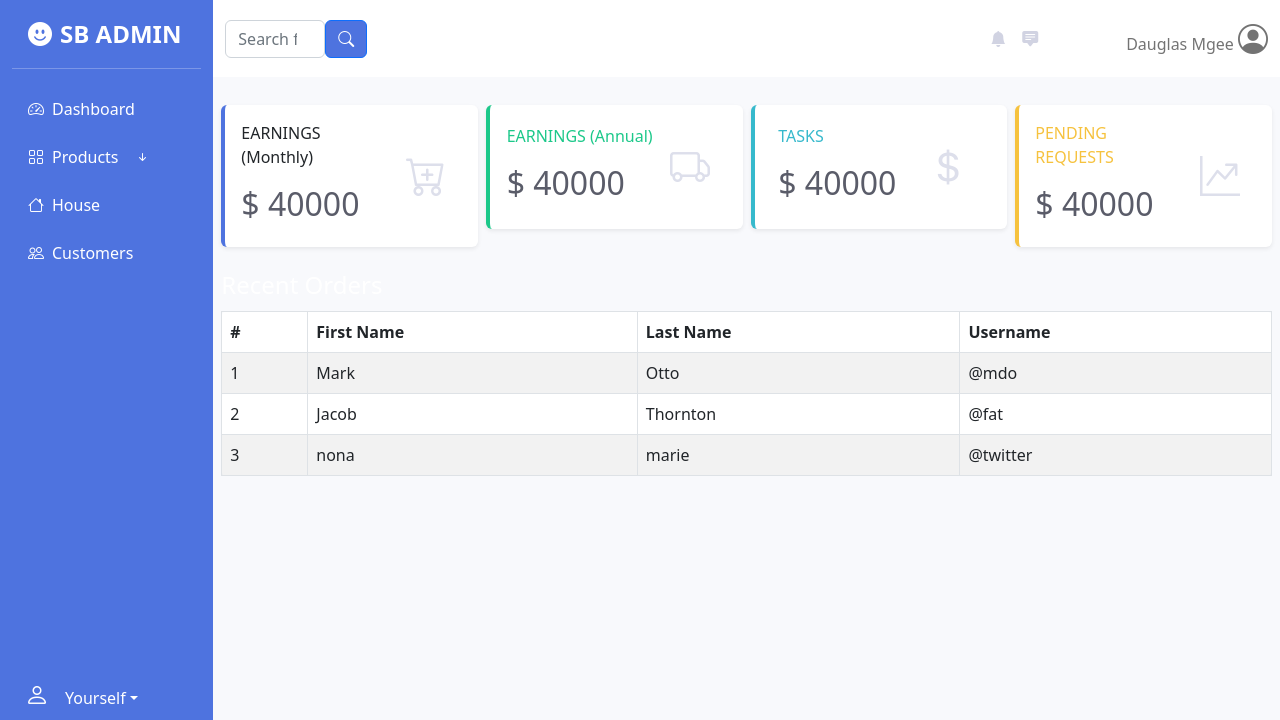
Repository: iqbalaamir/dashboard
Page: /
These files come from the project's save history. The page is drawn as it stood at one moment and after the next save; the edit follows.
The browser window is 1280 px wide. The pictures show the whole page.
The project was rebuilt for these pictures with package versions that can differ from the ones it lists, and the page was loaded fresh each time. Also part of the build but not shown: src/App.css.

Above is the page before, as saved 2023-04-24 22:45:04.

After the next save:
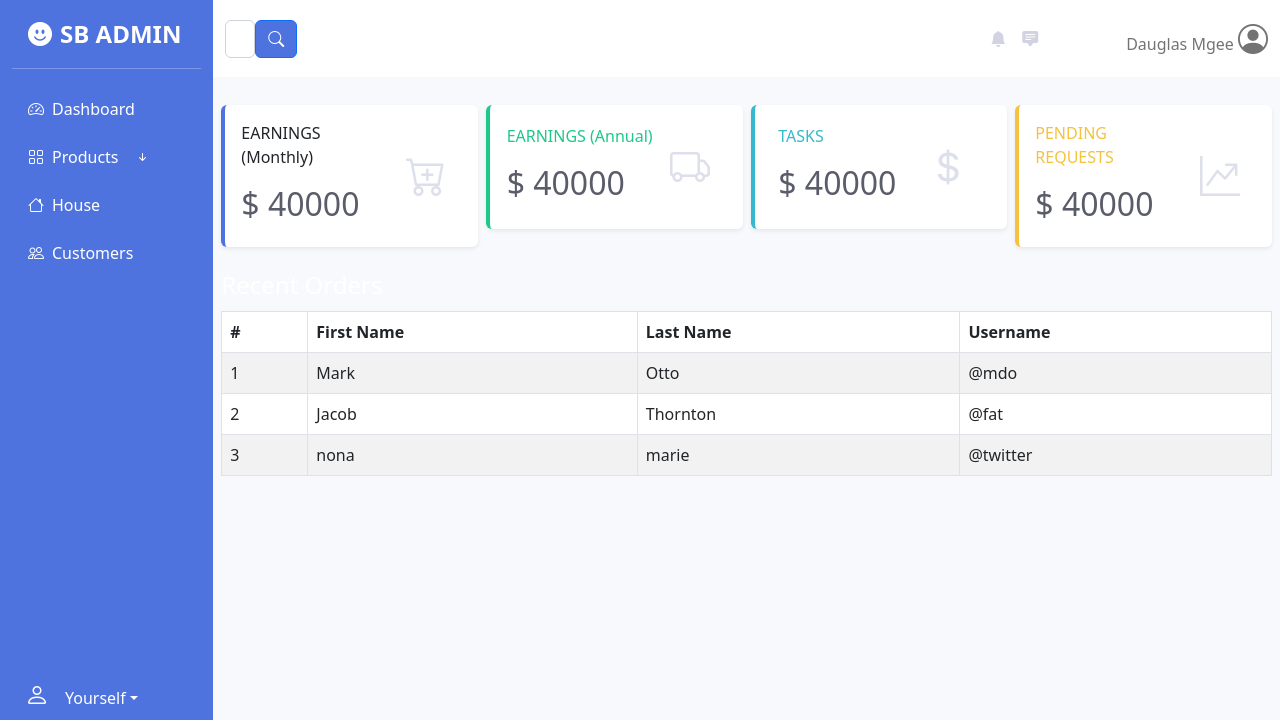
Saved 6 s later.
--- a/src/components/NavbarComponent.js
+++ b/src/components/NavbarComponent.js
@@ -15,7 +15,7 @@ function NavbarComponent() {
             placeholder="Search for..."
             className=""
             aria-label="Search"
-            style={{width:100}}
+            style={{width:"10%"}}
           />
           <Button style={{ backgroundColor: "#4e73df" }}>
             {" "}
